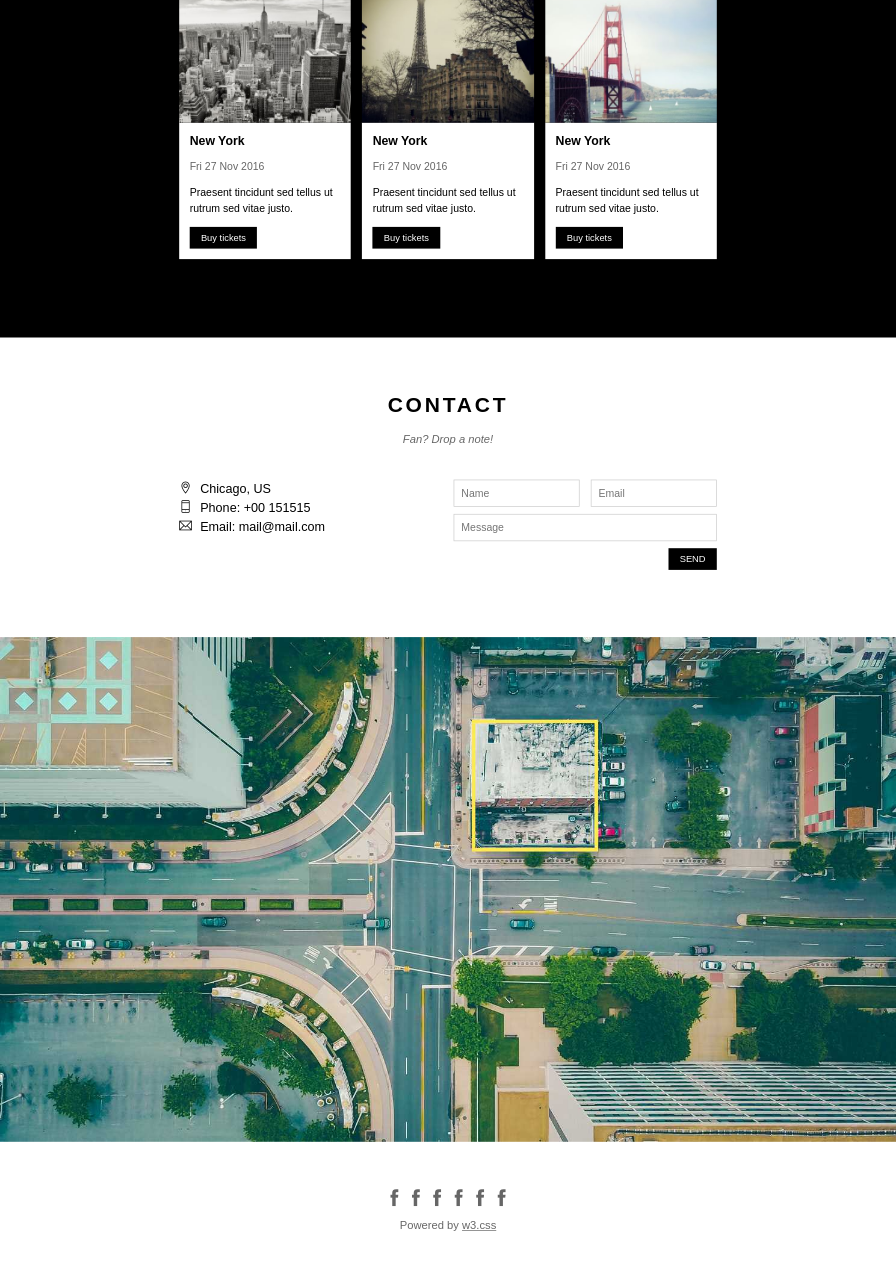
Repository: Bakyproit/the-Band
Page: index.html
These files come from the project's save history. The page is drawn as it stood at one moment and after the next save; the edit follows.
The browser window is 1280 px wide. The pictures show the part of the page from y = 1683 to 3603 px (the page is 3522 px tall before and 3603 px after), at 70% of full size.

Above is the page before, as saved 2022-01-04 08:41:54.

### index.html
<!DOCTYPE html>
<html lang="en">
<head>
    <meta charset="UTF-8">
    <meta http-equiv="X-UA-Compatible" content="IE=edge">
    <meta name="viewport" content="width=device-width, initial-scale=1.0">
    <link rel="stylesheet" href="./assets/fonts/themify-icons/themify-icons.css">
    <link rel="stylesheet" href="./assets/css/style.css">
    <link rel="stylesheet" href="./assets/css/reponsive.css">
    <title>The-Band</title>
</head>
<body>

    <div id="main">
        <!-- begin header   -->
        <div id="header">
            <!-- Begin : Nav -->
            <ul id="nav">
                <li>
                    <a href="#">Home</a>
                </li>
                <li><a href="#band">Band</a></li>
                <li><a href="#tour">Tour</a></li>
                <li><a href="#contact">Contact</a></li>
                <li>
                    <a href="#">
                        More
                        <i class="nav-arrow-down ti-angle-down"></i>

                    </a>
                    <ul class="subnav">
                        <li><a href="#">Merchandise</a></li>
                        <li><a href="#">Extras</a></li>
                        <li><a href="#">Media</a></li>
                    </ul>
                </li>
            </ul>
            <!-- End : Nav -->
            <!-- Begin : Search button -->
            <div class="search-btn">
                <i class="search-icon ti-search"></i>
            </div>
            <div class="mobile-menu-btn" id='mobile-menu'>
                <i class="menu-icon ti-menu"></i>
            </div>
            <!-- End : Search button-->


        </div>
        <!-- end header     -->
        <!-- Begin slider== -->
        <div id="slider">
            <div class="text-content">
                <h2 class="text-heading">Chicago</h2>
                <div class="text-description">Thank you, Chicago - A night we won't forget</div>
            </div>

        </div>
        <!-- End slider    -->
        <!-- Begin content -->
        <div id="content">
        <!-- The- band -->
            <div id ="band" class="content-section">
                <h2 class="section-heading">THE BAND</h2>
                <p class="section-sub-heading">We love music</p>
                <p class="about-text">We have created a fictional band website. Lorem ipsum dolor sit amet, consectetur adipiscing elit, sed do eiusmod tempor incididunt ut labore et dolore magna aliqua. Ut enim ad minim veniam, quis nostrud exercitation ullamco laboris nisi ut aliquip ex ea commodo consequat. Duis aute irure dolor in reprehenderit in voluptate velit esse cillum dolore eu fugiat nulla pariatur. Excepteur sint occaecat cupidatat non proident, sunt in culpa qui officia deserunt mollit anim id est laborum consectetur adipiscing elit, sed do eiusmod tempor incididunt ut labore et dolore magna aliqua. Ut enim ad minim veniam, quis nostrud exercitation ullamco laboris nisi ut aliquip ex ea commodo consequat.</p>
                <div class="member-list">
                    <div class="col-third member-item">
                        <p class="member-name">Name</p>
                        <img src="/assets/img/bandmember.jpg" alt="" class="member-img">
                    </div>
                    <div class="col-third member-item">
                        <p class="member-name">Name</p>
                        <img src="/assets/img/bandmember.jpg" alt="" class="member-img">
                    </div>
                    <div class="col-third member-item">
                        <p class="member-name">Name</p>
                        <img src="/assets/img/bandmember.jpg" alt="" class="member-img">
                    </div>

                </div>

            </div>
        <!-- Tour -->
            <div id ="tour" class="tour-section">
                <div class="content-section ">
                    <h2 class="section-heading text-white">TOUR DATES</h2>
                    <p class="section-sub-heading text-white">Remember to book your tickets!</p>
                    <ul class="tickets-list">
                        <li>
                            September
                            <span class="sold-out">Sold out</span>
                        </li>
                        <li>
                            October
                            <span class="sold-out" >Sold out</span>
                        </li>
                        <li>
                            November
                            <span class="quantity" >3</span>
                        </li>
                    </ul>
                    <!-- places - list -->
                    <div class="places-list row">
                        <div class="places-item  col col-third">
                            <img src="/assets/img/play/play1.jpg" alt="" class="places-img">
                            <div class="places-content">
                                <h3 class="places-name">New York</h3>
                                <p class="places-time">Fri 27 Nov 2016</p>
                                <p class="places-title">Praesent tincidunt sed tellus ut rutrum sed vitae justo.</p>
                                <button  class="btn js-buy-tickets ">Buy tickets</button>
                            </div>
                        </div>
                        <div class="places-item  col col-third ">
                            <img src="/assets/img/play/play2.jpg" alt="" class="places-img">
                            <div class="places-content">
                                <h3 class="places-name">New York</h3>
                                <p class="places-time">Fri 27 Nov 2016</p>
                                <p class="places-title">Praesent tincidunt sed tellus ut rutrum sed vitae justo.</p>
                                <button  class="btn js-buy-tickets ">Buy tickets</button>
                            </div>
                        </div>
                        <div class="places-item  col col-third">
                            <img src="/assets/img/play/play3.jpg" alt="" class="places-img">
                            <div class="places-content">
                                <h3 class="places-name">New York</h3>
                                <p class="places-time">Fri 27 Nov 2016</p>
                                <p class="places-title">Praesent tincidunt sed tellus ut rutrum sed vitae justo.</p>
                                <button  class="btn js-buy-tickets ">Buy tickets</button>
                            </div>
                        </div>
                    </div>
                </div>
            </div>
        <!--    Contact -->
            <div id ="contact" class="content-section">
                <h2 class="section-heading ">CONTACT</h2>
                <p class="section-sub-heading ">Fan? Drop a note!</p>
                <!-- contact - content -->
                <div class="row contact-content">
                    <div class="col col-half contact-info">
                        <p><i class="ti-location-pin"></i>Chicago, US</p>
                        <p><i class="ti-mobile"></i>Phone: +00 151515</p>
                        <p><i class="ti-email"></i>Email: mail@mail.com</p>
                    </div>
                    <div class="col col-half contact-form">
                        <form action="">
                            <div class="row flex contact-name-email">
                                <div class="col col-half contact__input">
                                    <input type="text" name="" placeholder="Name" required id="" class="form-control">
                                </div>
                                <div class="col col-half contact__input">
                                    <input type="email" name="" placeholder="Email" required  id="" class="form-control">
                                </div>
                            </div>

                            <div class="row ">
                                <div class="col col-full">
                                    <input type="text" name="" placeholder="Message" required id="" class="form-control">
                                </div>
                            </div>
                            <input type="submit" value="SEND" class="btn pull-right">
                        </form>
                    </div>
                </div>
            </div>
        <!-- map -->
            <div class="map-section">
                <img src="./assets/img/map.jpg" alt="Map">
            </div>

        </div>
        <!-- End content -->
        <!-- Begin footer -->
        <div id="footer">
            <div class="social-list">
                <a href=""><i class="ti-facebook"></i></a>
                <a href=""><i class="ti-facebook"></i></a>
                <a href=""><i class="ti-facebook"></i></a>
                <a href=""><i class="ti-facebook"></i></a>
                <a href=""><i class="ti-facebook"></i></a>
                <a href=""><i class="ti-facebook"></i></a>
            </div>
            <p class="copy-right">Powered by <a href="">w3.css</a></p>
        </div>
        <!-- end-footer -->
        <!-- modal -->
        <div class="modal js-modal">
            <div class="modal-container js-modal-container">
                <div class="modal-close js-modal-close">
                    <i class="ti-close"></i>
                </div>
                <!-- header -->
                <header class="modal-header">
                    <i class="ti-bag"></i>
                    Tickets
                </header>
                <!-- body -->
                <div class="modal-body">
                    <label for="ticket-quantity" class="model-label">
                        <i class="ti-shopping-cart"></i>
                        Tickets, $15 per person
                    </label>
                    <input id="ticket-quantity" type="text" class="modal-input" placeholder="Howmany ?">


                    <label for="ticket-email" class="model-label">
                        <i class="ti-user"></i>
                        Send To
                    </label>
                    <input id= "ticket-email" type="text" class="modal-input" placeholder="Enter email ?">

                    <button class="buy-tickets">
                        Pay
                        <i class="ti-check"></i>
                    </button>
                </div>
                <footer class="modal-footer">
                    <p class="modal-help">Need <a href="">help?</a></p>
                </footer>
            </div>
        </div>
        <!-- end modal -->
        <!-- javascript -->
        <script>
            const buyBtns = document.querySelectorAll('.js-buy-tickets')
            const modal = document.querySelector('.js-modal')
            const modalClose = document.querySelector('.js-modal-close')
            const modalContainer =document.querySelector('.js-modal-container')
            function buyTickets(){
                modal.classList.add('open')
            }
            function hiddenBuyTickets(){
                modal.classList.remove('open')
            }


            for(const buyBtn of buyBtns){
                buyBtn.addEventListener('click' ,buyTickets )
            }
            modalClose.addEventListener('click' , hiddenBuyTickets)
            modal.addEventListener('click' , hiddenBuyTickets)
            modalContainer.addEventListener('click' , function (event){
                event.stopPropagation()
            })


            // dong mo menu
            var header = document.getElementById('header') ;
            var mobileMenu = document.getElementById('mobile-menu') ;
            var headerHeight = header.clientHeight ;
            mobileMenu.onclick= function(){
                // console.log(header.clientHeight);
                var isClosed = header.clientHeight === headerHeight ;
                if(isClosed){
                    header.style.height = 'auto' ;
                }else {
                    header.style.height = null ;
                }
            }
            //  tu dong dong khi chon menu
            var menuItems = document.querySelectorAll('#nav li a[href*="#"]') ;
            console.log(menuItems) ;
            for(var i = 0;i < menuItems.length ;i++) {
                var menuItem = menuItems[i] ;

                menuItem.onclick = function(event){
                    // kiem tra ae lien ke no
                    var isParentMenu = this.nextElementSibling &&
                            this.nextElementSibling.classList.contains('subnav') ;
                    if(isParentMenu){
                        event.preventDefault() ;
                    }else{
                        header.style.height = null ;
                    }
                }
            }

        </script>
        <!-- javascript -->
    </div>
</body>
</html>



<!-- hang row -->

### assets/css/style.css
/*
Reset css
*/
*{
    padding: 0;
    margin:  0;
    box-sizing: border-box;
}
html {
    font-family: Arial, Helvetica, sans-serif;
    scroll-behavior: smooth;
}
#main {

}
.text-white{
    color:#fff !important;
}
.btn{
    display: inline-block;
    text-decoration: none;
    padding: 8px 16px;
    color: #fff;
    background-color: #000;
    border : none  ;
}
.btn:hover{
    color: #000!important;
    background-color: #ccc!important;
    cursor: pointer;
}

.pull-right{
    float: right !important ;
}
.flex{
    display: flex;
    flex-wrap: wrap;
}

.row {
    margin-left: -8px;
    margin-right: -8px;
}
.col {
    padding-left: 8px;
    padding-right: 8px;
}
.col-third{
    width: 33.33333%;
}
.col-half{
    width: 50%;
}
.col-full{
    width: 100%;
}
/* =====header===== */
#header {
    height: 46px;
    background-color: #000;
    position: fixed;
    top : 0 ;
    right: 0;
    left : 0;
    z-index: 1;
}
#nav{
    display: inline-block;
}
#nav .subnav {
    list-style-type: none;
}
/* nav */
#nav > li{
    display: inline-block;
    position: relative;
}
#nav li a{
    display: inline-block;
    color : #fff ;
    text-decoration: none;
    line-height: 46px;
    padding: 0px 24px;
    text-transform: uppercase;
}
#nav > li:hover > a,
#nav .subnav li:hover a{
    color : #000 ;
    background-color: #ccc;
}
/*     subnav */
#nav .subnav{
    display: none;
    position: absolute;
    top:100% ;
    background-color: #fff;
    /* bong do */
    box-shadow: 0 0 10px rgba(0, 0, 0,0.5) ;
    min-width: 160px;
}
#nav li:hover .subnav {
    display: block ;
}

#nav .subnav  a{
    display:  block;
    color: #000;
    padding: 0 12px;
    line-height: 38px;
}
#nav .nav-arrow-down{
    font-size: 14px;
}
.mobile-menu-btn{
    position: absolute;
    top: 0;
    right: 0;
}
.mobile-menu-btn,
#header .search-btn{
    float: right;
    padding: 0 21px;
}

#header .search-btn:hover{
    cursor: pointer;
    background-color:#f44336 ;
}
#header .mobile-menu-btn:hover {
    background-color:#ccc ;
}
#header .mobile-menu-btn:hover .menu-icon{
    color: #000;
}
#header .menu-icon ,
#header .search-icon{
    color : #fff ;
    font-size: 20px;
    line-height: 46px;
}


/* ====end header=======                 */
/*      Begin slider                     */
#slider {
    margin-top: 46px;
    padding-top:50%;
    /* luon bang 50% chieu rong */
    background: url('/assets/img/slider/slider1.jpg') top center / cover no-repeat;
    position: relative;
}
#slider .text-content{
    position: absolute;
    bottom: 48px;
    left:50%;
    color:#fff ;
    transform: translateX(-50%);
    text-align: center;

}
#slider .text-heading{
    margin:  0 0 25px 0 ;
    font-weight: 500px;
    font-size: 24px;
}
#slider .text-description{
    font-size: 15px;
}
/*    End slider                     */
/*    Begin content                  */
#content {
    color : #000 ;
}
#content .content-section{
    width: 800px;
    max-width: 100%;
    margin-left: auto;
    margin-right: auto;
    padding: 64px 16px;

}
#content .section-heading{
    margin: 10px 0;
    font-size: 30px;
    text-align: center;
    font-weight: 400px;
    letter-spacing: 4px;
    line-height: 45px;
}
#content .section-sub-heading{
    margin:15px 0 ;
    text-align: center;
    font-style: italic;
    opacity: 0.6;
    line-height: 22px;
}
/*             About                   */
#content .about-text{
    margin: 15px 0 ;
    font-size: 14px;
    text-align: justify ;
    line-height: 1.6;

}
#content .member-list{
    padding: 32px 0 ;
    display: flex;
    flex-wrap: wrap;
    text-align: center;
}

#content  .member-name{
    margin: 15px 0;
    font-size: 15px;
    line-height: 22px;
}
#content  .member-img{
    margin-bottom: 10px;
    width: 154px;
    border-radius: 4px;
}

/*                   Tour                        */
.tour-section{
    background-color: black;
    color:#fff ;
}
.tour-section .tickets-list li{
    list-style: none;
    color: #757575;
    padding: 8px 16px;
    font-size: 15px;
    line-height: 22px;
    background-color: #fff;
    border-bottom: 1px solid #ddd;
}
.tour-section  .sold-out{
    display: inline-block;
    background-color: #f44336;
    padding: 0 8px;
    margin-left:16px;
}
.tour-section .quantity{
    display: inline-block;
    padding: 0 8px;
    margin-right: 16px;
    background-color: #333;
    color:#fff ;
    border-radius: 50%;
    float: right;
}

.places-list{
    display: flex;
    flex-wrap: wrap;
    color: #000;
    font-size: 15px;
    padding: 32px 0 ;
}
.places-item{
    margin-bottom: 16px;
}

.places-img{
    width: 100%;
    display: block;
}
.places-img:hover{
    opacity: 0.6;
}
.places-content{
    padding: 15px;
    line-height: 22px;
    background-color: #fff;
}
.places-name{
}
.places-time{
    margin-top: 15px ;
    opacity: 0.6;
}
.places-title{
    margin: 15px 0 ;
    line-height: 1.5;
}




/*                  contact            */

.contact-content{
    display: flex;
    flex-wrap: wrap;
    padding-bottom: 32px  ;
    padding-top: 32px;
}
.contact-info{
    font-size: 18px;
    line-height: 1.5;
}
.contact-info i[class*="ti-"]{
    display: inline-block;
    width: 30px;

}

.contact-form .form-control{
    font-size: 15px;
    padding: 10px ;
    border : 1px solid #ccc ;
    width: 100%;
    margin-bottom: 10px;
}
/*                      Map-section                        */
.map-section img {
    width: 100%;
}


/*                      end content                 */
/*                      Begin footer                */

#footer {
    padding: 64px 16px;
    text-align: center;
}
#footer .social-list{
    font-size: 24px;

}
#footer .social-list a {
    text-decoration: none;
    color: rgba(0, 0, 0,0.6);

}
#footer .social-list a:hover{
    color: rgba(0, 0, 0,0.4);
}
#footer .copy-right{
    margin: 15px  0 ;
    color: rgba(0, 0, 0,0.6);
}
#footer .copy-right a{
    color: rgba(0, 0, 0,0.6);
}
/*                         end footer                */
/*                         modal                   */
.modal{
    position: fixed;
    top:0;
    right: 0 ;
    bottom: 0;
    left: 0;
    background: rgba(0,0,0,0.4);
    align-items: center;
    justify-content: center;
    display: none;
}
.modal.open{
    display: flex;
}
.modal-container{
    background-color: #fff;
    width: 900px;
    min-height: 300px;
    position: relative;
    animation: modalFaceIn ease .6s;
}
.modal-close {
    position: absolute;
    top: 0;
    right: 0;
    padding: 8px 16px;
    line-height: 36px;
    color:#fff ;
}
.modal-close:hover{
    color:#000 ;
    background: #ccc;
    opacity: 0.6;
}
.modal-header{
    background-color: #009688;
    height: 130px;
    font-size: 30px ;
    color:#fff ;
    display: flex;
    align-items: center;
    justify-content: center;
    padding: 32px 16px;
}
.modal-header i {
    margin-right: 20px;
}
.modal-body{
    padding: 0 16px ;
    margin-top: 15px;
}
.model-label{
    display: block;
    font-size: 15px;
    color: #000;
    padding: 2.5px 0;

}
.modal-input {
    padding: 11.5px 8px;
    border : 1px solid #ccc ;
    width: 100%;
    margin: 15px 0;
}

.buy-tickets{
    background-color: #009688;
    padding:18.5px 16px;
    margin-bottom: 16px;
    width: 100%;
    font-size: 15px;
    border :0 ;
}

.buy-tickets:hover{
    color:#000 ;
    background: #ccc;
}


.modal-footer{
    display: inline-block;
    margin: 15px 0;
    padding: 2.5px 16px ;
    font-size: 15px;
    float: right;
}
.modal-footer .modal-help{
}
.modal-footer a{
    color :#2196F3 ;
}



@keyframes modalFaceIn{

    from{
        opacity: 0;
        transform: translateY(-140px);
    }
    to{
        opacity: 1;
        transform: translateY(0);
    }
}

### assets/css/reponsive.css


/* mobile */
@media (max-width:739px) {
    /* header */
    #header {
        overflow: hidden;
    }
    #header .search-btn{
        display: none;
    }
    #nav {
        display: block;
    }
    #nav > li{
        display: block;
    }
    #nav > li:first-child{
        display: inline-block;
    }
    #nav li a {
        display: block;
    }
    #nav .subnav{
        position: inherit;
        background-color: #333;
    }
    #nav .subnav  a{
        color:#fff ;
        padding: 5px 41px;
    }
    /* content */
    #content .member-item{
        width: 100%;
        margin-top: 30px;
    }
    #content  .member-img{
        width: 60%;
    }
    /* places */
    .places-list .places-item{
        width: 100%;
    }
    /* contact */
    .contact-info{
        width: 100%;
        margin-bottom: 16px;
    }
    .contact-form{
        width: 100%;
    }
    .contact-name-email{
        margin-bottom: 10px;
    }
    .contact__input{
        width: 100%;
    }
}

/* tablet */
@media (min-width:740px) and (max-width:1023px) {
    .mobile-menu-btn {
        display: none;
    }
}

/* PC */
@media (min-width:1024px) {
    .mobile-menu-btn {
        display: none;
    }
}

Loaded but not shown: assets/fonts/themify-icons/themify-icons.css (common file)

After the next save:
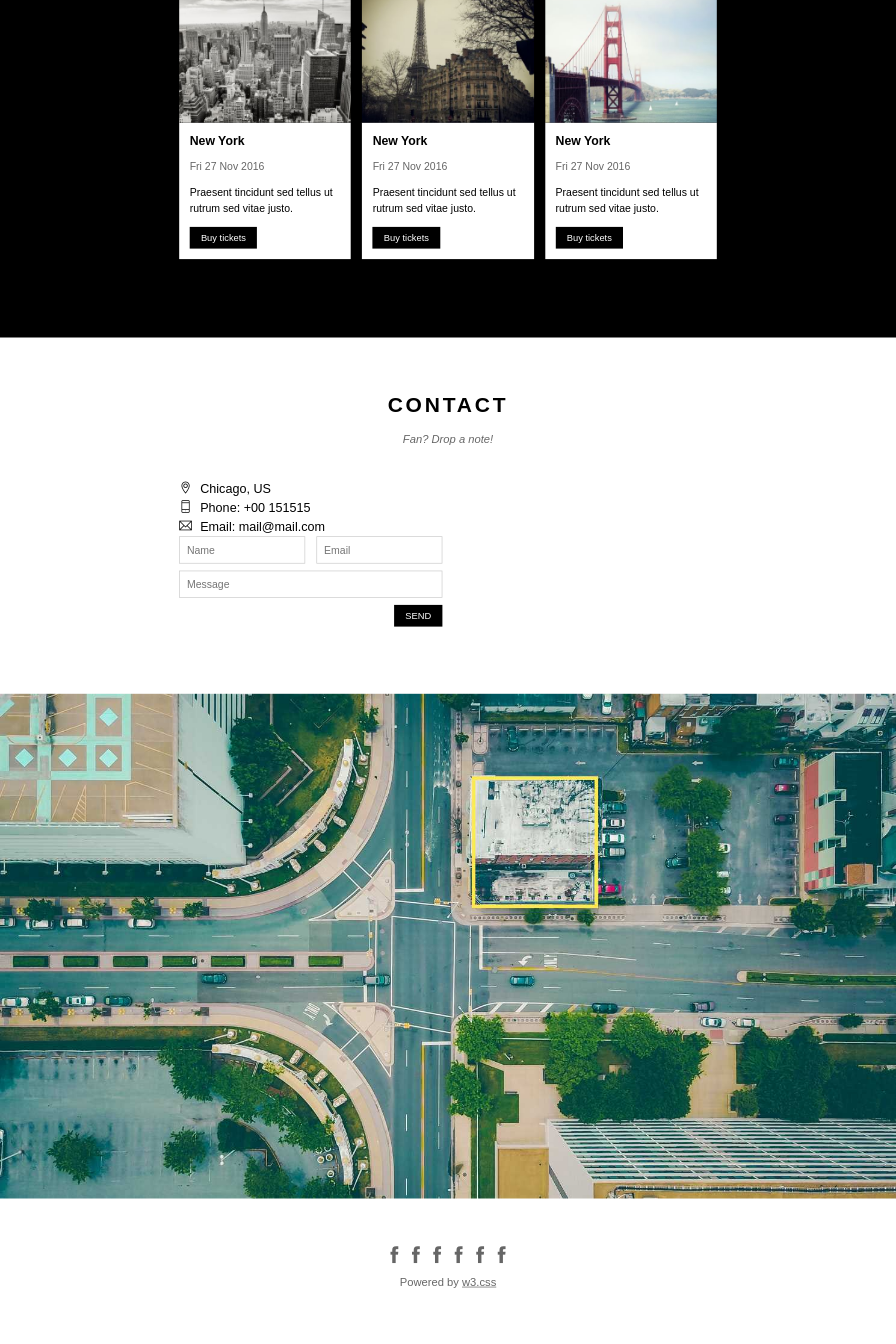
Saved 109 s later.
--- a/index.html
+++ b/index.html
@@ -138,7 +138,7 @@
                 <p class="section-sub-heading ">Fan? Drop a note!</p>
                 <!-- contact - content -->
                 <div class="row contact-content">
-                    <div class="col col-half contact-info">
+                    <div class="col col-half col-full contact-info">
                         <p><i class="ti-location-pin"></i>Chicago, US</p>
                         <p><i class="ti-mobile"></i>Phone: +00 151515</p>
                         <p><i class="ti-email"></i>Email: mail@mail.com</p>
